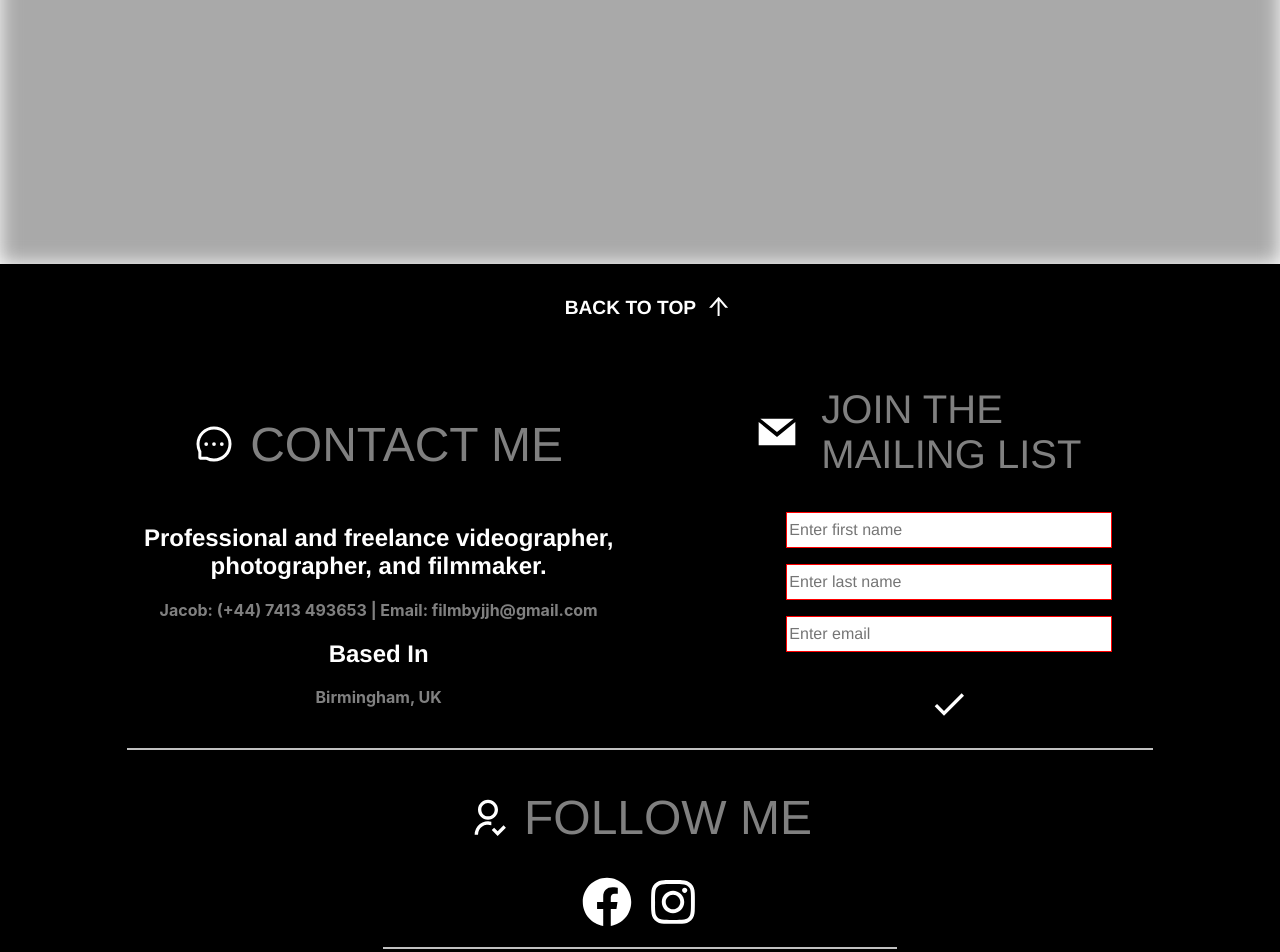
Repository: ThomasMTurner/filmbyjjh-portfolio
Page: /portfolio (app in client/)
An editor plug-in stored every save of this project. The page is shown before and after a run of saves, followed by the edit.
The browser window is 1280 px wide. The pictures show the part of the page from y = 936 to 1888 px (the page is 1994 px tall).
The project was rebuilt for these pictures with package versions that can differ from the ones it lists, and the page was loaded fresh each time. Also part of the build but not shown: client/vite.config.js, client/src/pages/Components/TagComponents.jsx, client/src/pages/Components/Post.jsx, client/src/pages/Components/SearchBar.jsx, client/src/pages/Updates.jsx, client/src/pages/Contact.jsx, client/src/pages/Home.jsx, client/src/pages/Videography.jsx and 1 more. Imported but missing from the stored project, and not drawn on this page: client/src/pages/Components/Videos/header.mp4, client/src/pages/Components/Videos/portfolio-reel.mp4.

Above is the page before, as saved 2023-10-20 14:45:35.

### client/public/index.html
<!DOCTYPE html>
<html lang="en">
  <head>
    <meta charset="utf-8" />
    <link rel="icon" href="%PUBLIC_URL%/favicon2.ico" />
    <meta name="viewport" content="width=device-width, initial-scale=1" />
    <meta name="theme-color" content="#000000" />
    <meta
      name="description"
      content="Web site created using create-react-app"
    />
    <link rel="apple-touch-icon" href="%PUBLIC_URL%/logo192.png" />
    <!--
      manifest.json provides metadata used when your web app is installed on a
      user's mobile device or desktop. See https://developers.google.com/web/fundamentals/web-app-manifest/
    -->
    <link rel="manifest" href="%PUBLIC_URL%/manifest.json" />
    <!--
      Notice the use of %PUBLIC_URL% in the tags above.
      It will be replaced with the URL of the `public` folder during the build.
      Only files inside the `public` folder can be referenced from the HTML.

      Unlike "/favicon.ico" or "favicon.ico", "%PUBLIC_URL%/favicon.ico" will
      work correctly both with client-side routing and a non-root public URL.
      Learn how to configure a non-root public URL by running `npm run build`.
    -->
    <title>FILM.BY.JJH</title>
  </head>
  <body>
    <noscript>You need to enable JavaScript to run this app.</noscript>
    <div id="root"></div>
    <!--
      This HTML file is a template.
      If you open it directly in the browser, you will see an empty page.

      You can add webfonts, meta tags, or analytics to this file.
      The build step will place the bundled scripts into the <body> tag.

      To begin the development, run `npm start` or `yarn start`.
      To create a production bundle, use `npm run build` or `yarn build`.
    -->
  </body>
</html>

### client/src/index.jsx
import React from 'react';
import ReactDOM from 'react-dom/client';
import './index.css';
import App from './App';
import { UserRoleProvider } from './userRoleContext';


const root = ReactDOM.createRoot(document.getElementById('root'));
root.render(
  <React.StrictMode>
    <UserRoleProvider>
      <App />
    </UserRoleProvider>
  </React.StrictMode>
);

### client/src/App.jsx
import { useLocation, useNavigate, Route, Outlet, BrowserRouter as Router, Routes} from 'react-router-dom';
import { useEffect, useState, Suspense, useContext } from 'react';
import { CSSTransition } from 'react-transition-group';
import { ColorRing } from 'react-loader-spinner';
import React from 'react';
import NavBar from "./pages/Components/Navbar"
import Footer from "./pages/Components/Footer";
import Updates from './pages/Updates';
import Contact from './pages/Contact';
import Home from './pages/Home';
import { EventHighlights, PromotionalMaterial } from './pages/Videography';
import SubNav from './pages/Components/SubNav';
import Portfolio from './pages/Portfolio';
import { InitialLoginContainer } from './pages/Components/InitialLogin';
import { UserRoleContext } from './userRoleContext';
import { Blur } from 'react-blur';


//page to capture individual shoots or projects, want back button at top right with title

const VideoPage = () => {
  const navigate = useNavigate();
  const location = useLocation();

  useEffect(() => {
    if (location.pathname == '/video'){
      navigate('/video/event-highlights');
    }
  }, [navigate, location]);

  return (
    <div className='video-page-wrapper'>
      <div className='sideline-content'>
        <SubNav
          title="Videography Content"
          parentLink="video"
          links={{"Event highlights": "event-highlights", "Promotional material": "promotional-material", "Drone footage": "my-first-highlight-reel" }}
          subLinks={{'event highlights': {"Shoots": {"Atlas Gym": "/video/links/atlas-gym"}, "Individual projects":{}}}}
          className='subnav'
        />
        <p className='sideline-content-text'>Welcome to the videography page, you can view all of my highlighted video projects on the right by scrolling. You can also look into each project by clicking on the button inside the caption. </p>
      </div>

      <div className='page-content-wrapper'>
        <Routes>
          <Route path="/event-highlights" element={<EventHighlights />} />
          <Route path="/promotional-material" element={<PromotionalMaterial />} />
        </Routes>
      </div>
    </div>
  );
};




const PhotoPage = () => {
    const navigate = useNavigate();
    const location = useLocation();

    useEffect(() => {
      if (location.pathname == '/video'){
        navigate('/video/event-highlights');
      }
    }, [navigate, location]);

    return (
      <div className='photo-page-wrapper'>
        <SubNav
          title="Photography Content"
          parentLink="photo"
          links={{}}
        />
        <Routes>
          <Route path="/" element={<EventHighlights />} />
        </Routes>
      </div>
    );

}


const LoadingPage = () => {
  return (
    <div className='loading-page'>
      <ColorRing
        className='loading-spinner'
        visible={true}
        height="100"
        width="100"
        ariaLabel="blocks-loading"
        wrapperStyle={{}}
        wrapperClass="blocks-wrapper"
        colors={['#000000', '#808080', '#C0C0C0', '#808080', '#000000']}
    />

      <p>Loading, please wait...</p>
    </div>
  )
}


const Layout = () => {
  const [showFooter, setShowFooter] = useState(false);
  const { userRole } = useContext(UserRoleContext);
  const [showBlur, setShowBlur] = useState(true);

  const blurStyle = showBlur ? { filter: 'blur(10px)' } : {};

  useEffect(() => {
    const handleBlur = () => {
      if (userRole != null){
        setShowBlur(false);
    }
  };

    handleBlur();

  }, [userRole]);


  useEffect(() => {
    const handleScroll= () => {
      const content = document.getElementById('content');
      if (content) {
        const scrollOffset = content.offsetHeight - document.documentElement.clientHeight;
        setShowFooter(window.pageYOffset >= scrollOffset);

      }
    };

    window.addEventListener('scroll', handleScroll);

    return () => {
      window.removeEventListener('scroll', handleScroll);
    };
  }, []);


      return (
        <div className='layout-wrapper'>
          <CSSTransition
           in={!showFooter}
           timeout={300}
           classNames='nav-transition'
           unmountOnExit>
            <div style={blurStyle}>
              <NavBar id='nav' />
            </div>
          </CSSTransition>
          <div id="content">
            {userRole == null && <InitialLoginContainer/>}
            <div style={blurStyle}>
              <Outlet />

            </div>
          </div>
          <Footer/>
        </div>
      );
    };

/*
Notes for later:


*/


export default function App() {
  return (
    <div className="App">
      <Router>
        <Suspense fallback={<LoadingPage />} timeout={200}>
          <Routes>
            <Route path="/" element={<Layout />}>
              <Route index element={<Home />} />
              <Route path="/updates" element={<Updates />} />
              <Route path="/contact" element={<Contact />} />
              <Route path="/portfolio" element={<Portfolio/>} />
                <Route path="/portfolio/video/*" element={<VideoPage />} />
                <Route path="/portfolio/photo/*" element={<PhotoPage />} />
            </Route>
          </Routes>
        </Suspense>
      </Router>
    </div>
  );
}

### client/src/userRoleContext.jsx
import {useState, createContext} from 'react';

export const UserRoleContext = createContext();

export const UserRoleProvider = ({children}) => {
    const [userRole, setUserRole] = useState(null);
    return (
        <UserRoleContext.Provider value ={{userRole, setUserRole}}>
            {children}
        </UserRoleContext.Provider>
    );
};

### client/src/pages/Portfolio.jsx
import { useNavigate } from 'react-router-dom';
import { useState } from 'react';
import {BsBoxArrowUpRight, BsArrowRight} from 'react-icons/bs';

const PortfolioCard = (props) => {
    const navigate = useNavigate();
    const [hovering, setHovering] = useState(false);
    const lowerCaseTitle = props.title.toLowerCase();
    const isVideography = lowerCaseTitle === "videography";
    const isPhotography = lowerCaseTitle === "photography";

    return (
      <div
        onClick={() => navigate(`/portfolio/${lowerCaseTitle.slice(0, 5)}`)}
        onMouseEnter={() => setHovering(true)}
        onMouseLeave={() => setHovering(false)}
        className={`portfolio-card portfolio-card-${lowerCaseTitle}`}
      >
        <p
          style={{
            fontFamily: 'helvetica',
            fontWeight: '200',
            fontSize: '2.5rem',
            color: isVideography ? 'white' : isPhotography ? 'black' : '',
          }}
        >
          {props.title}
        </p>
        <button
          className={`portfolio-card-button ${hovering ? 'portfolio-card-button-hover' : ''}`}
          type="button"
          onClick={() => navigate(`/portfolio/${lowerCaseTitle.slice(0, 5)}`)}
        >
          View more <BsBoxArrowUpRight color={'blue'} size={15} />
        </button>
        <p
          style={{
            fontFamily: 'helvetica',
            fontWeight: '200',
            fontSize: '1rem',
            color: isVideography ? 'white' : isPhotography ? 'black' : '',
          }}
        >
          {props.desc}
        </p>
      </div>
    );
  };
export default function Portfolio() {
    return(
        <div style={{display:'flex', flexDirection:'column', justifyContent:'center', alignItems:'center', width:'100%', gap:'5rem', minHeight:'75rem', position:'relative', backgroundColor:'darkgray'}}>
            <div style={{display:'flex', flexDirection:'row', justifyContent:'center', alignItems:'center', width:'100%', gap:'5rem'}}>
                <PortfolioCard title="Photography" desc="Click here to see all of my latest photography shoots. I provide these services both professionally and freelance, presenting new products, venues and concepts to their respective " />
                <PortfolioCard title="Videography" desc="Click here to get all of my latest shoots with companies across numerous industries including healthcare and construction" />
            </div>
        </div>
    )
}

### client/src/pages/Components/InitialLogin.jsx
import React, { useState, useContext } from 'react';
import {motion} from 'framer-motion';
import {RiArrowGoBackLine} from 'react-icons/ri';
import {MdCheck} from 'react-icons/md';
import { SpinnerCircular } from 'spinners-react';
import { UserRoleContext } from '../../userRoleContext';
import axios from 'axios';



//this component will have a single input field to validate authentication token
// want to link up to individual authenticator application possibly.
export function AdminForm (props) {
    const [buttonColours, setButtonColours] = useState({'tick': 'silver', 'back': 'silver'});
    const [authInput, setAuthInput] = useState({'error': false, 'value': ''});
    const [tempToken, setTempToken] = useState(null);
    const [isSubmitting, setIsSubmitting] = useState({'getToken': false, 'checkToken': false});


    const getAuthToken = () => {
      setIsSubmitting({'getToken': true, 'checkToken': false});
      axios.get('http://localhost:7102/get-token')
          .then((response) => {
            console.log(response);
            setAuthInput({'error': false, 'value': ''});
            setTempToken(response.data.token);
            setIsSubmitting({'getToken': false, 'checkToken': false});
          })
          .catch((error) => {
            console.error(error);
          });

    };

    const handleAdminFormChange = (event) => {
      event.preventDefault();
      const { value } = event.target;
      if (value.length <= 16){
        setAuthInput(prevState => {
          return {
            ...prevState,
            value: value
          }
        });
      }
      else {
        setAuthInput(prevState => {
          return {
            ...prevState,
            error: true
          }
        })

      }
    }

    //below function will do a POST request to a validate endpoint, sending
    // the input body and check against the generated token.
    const handleSubmit = () => {
        setIsSubmitting({'getToken': true, 'checkToken': false});
        axios.post('http://localhost:7102/validate', {
            test: authInput.value,
            token: tempToken
        })
          .then((response) => {
            setIsSubmitting({'getToken': false, 'checkToken': false});
            if (response.data.valid == true){
              props.setUserRole("editor");
            }
            else {
              setAuthInput(prevState => ({ ...prevState, error: "Invalid authorisation token, please try again." }));
            }
          })
          .catch((error) => {
            console.error(error);
          })

    }



    return (
      <div className='admin-login-container'>
      <div style={{display:'flex', flexDirection:'row', alignItems:'center'}}>
        <button style={{all:'unset', position:'relative', right:'1rem'}} onMouseEnter={() => setButtonColours(prevState => ({ ...prevState, back: 'black' }))} onMouseLeave={() => setButtonColours(prevState => ({ ...prevState, back: 'silver' }))} onClick={() => props.setAdminLogin(false)}>
          <RiArrowGoBackLine color={buttonColours.back} size={30}/>
        </button>
        <h1 className='admin-login-header'> Hello, Jacob. </h1>
      </div>
      <p className='admin-login-sub-header'> Enter your authentication key below </p>
      <form onChange={(event) => handleAdminFormChange(event)} className='admin-login-form'>
        <label className='smaller-text-form'>
          <input type="text" />
        </label>
        {isSubmitting.checkToken && <SpinnerCircular color='green' size={40} thickness={150} style={{display:'block', padding:'1rem'}}/>}
        {!isSubmitting.checkToken && <MdCheck className='admin-login-button' color={buttonColours.tick} size={40} onClick={() => handleSubmit()} onMouseEnter={() => setButtonColours(prevState => ({ ...prevState, tick: 'green' }))} onMouseLeave={() => setButtonColours(prevState => ({ ...prevState, tick: 'silver' }))}/>}
        <p style={{color:'red', fontWeight:'200'}}>{authInput.error}</p>
        <div style={{display:'flex', flexDirection:'column', justifyContent:'center', alignItems:'center', gap:'1.5rem'}}>
          <button type="button" onClick={() => getAuthToken()} className='request-token-button'>Request new token</button>
          {isSubmitting.getToken && <SpinnerCircular color='white' size={30} thickness={150}/>}
        </div>
      </form>
    </div>
    )

}


export const InitialLoginContainer = ((props) => {
    const [adminLogin, setAdminLogin] = useState(false);
    const {setUserRole} = useContext(UserRoleContext);


    const handleUserLogin = () => {
      setUserRole("base");
    }

    if (adminLogin) {
      return (
        <div className='initial-login-container'>
          <AdminForm setAdminLogin={setAdminLogin} setUserRole={setUserRole}/>
        </div>
      )
    }
    else{
    return (
        <motion.div initial={{ opacity: 0, x: -20 }} animate={{ opacity: 1, x: 0}} transition={{ duration: 1.2 }} viewport={{ once: true }}>
          <div className='initial-login-container' id='initial-login-container'>
              <div style={{ display: 'flex', flexDirection: 'column', alignItems: 'center', justifyContent: 'center', gap: '1rem', position: 'relative', bottom: '3rem' }}>
                <p style={{ fontSize: '2.5rem', fontFamily: 'helvetica', fontWeight: '300', color: 'black', position:'relative', bottom:'2rem' }}> Welcome to <span style={{ color:'silver' }}>FILM.BY.JJH</span>. </p>
                <div style={{ display: 'flex', flexDirection: 'column', gap: '1.5rem' }}>
                  <button className='initial-login-link' onClick={() => setAdminLogin(true)}>
                    Hello, I am the editor
                  </button>
                  <button className='initial-login-link' onClick={() => handleUserLogin()}>
                    Hi, I am just browsing
                  </button>
                </div>
              </div>
          </div>

        </motion.div>
      )
      }

  });

### client/src/pages/Components/ScrollButton.jsx
import './main_styles.css';
import { useState } from 'react';
import {AiOutlineArrowUp} from 'react-icons/ai';

export default function ScrollButton () {
    const [iconActive, setIconActive] = useState(false);
    const handlePress = () => {
        window.scrollTo({top:0, left:0, behavior:"smooth"});
    }

    const handleIconState = () => {
        setIconActive(!iconActive);
    }

    const handleIconColour = () => {
        if (iconActive) {
            return 'gray';
        }
        else {
            return 'white';
        }
    }


    return (
        <div className='scroll-button-wrapper' onMouseEnter={handleIconState} onMouseLeave={handleIconState}>
            <button onClick={handlePress} className='scroll-button'>BACK TO TOP
            <AiOutlineArrowUp width='200' height='200' color={handleIconColour()} className='scroll-icon'/>
            </button>

        </div>
    );
}

Loaded but not shown: client/src/index.css (common file); client/src/pages/Components/main_styles.css (2575 lines, source omitted); client/src/pages/Components/Footer.jsx (238 lines, source omitted); client/src/pages/Components/Navbar.jsx (217 lines, source omitted)

After the next 5 saves:
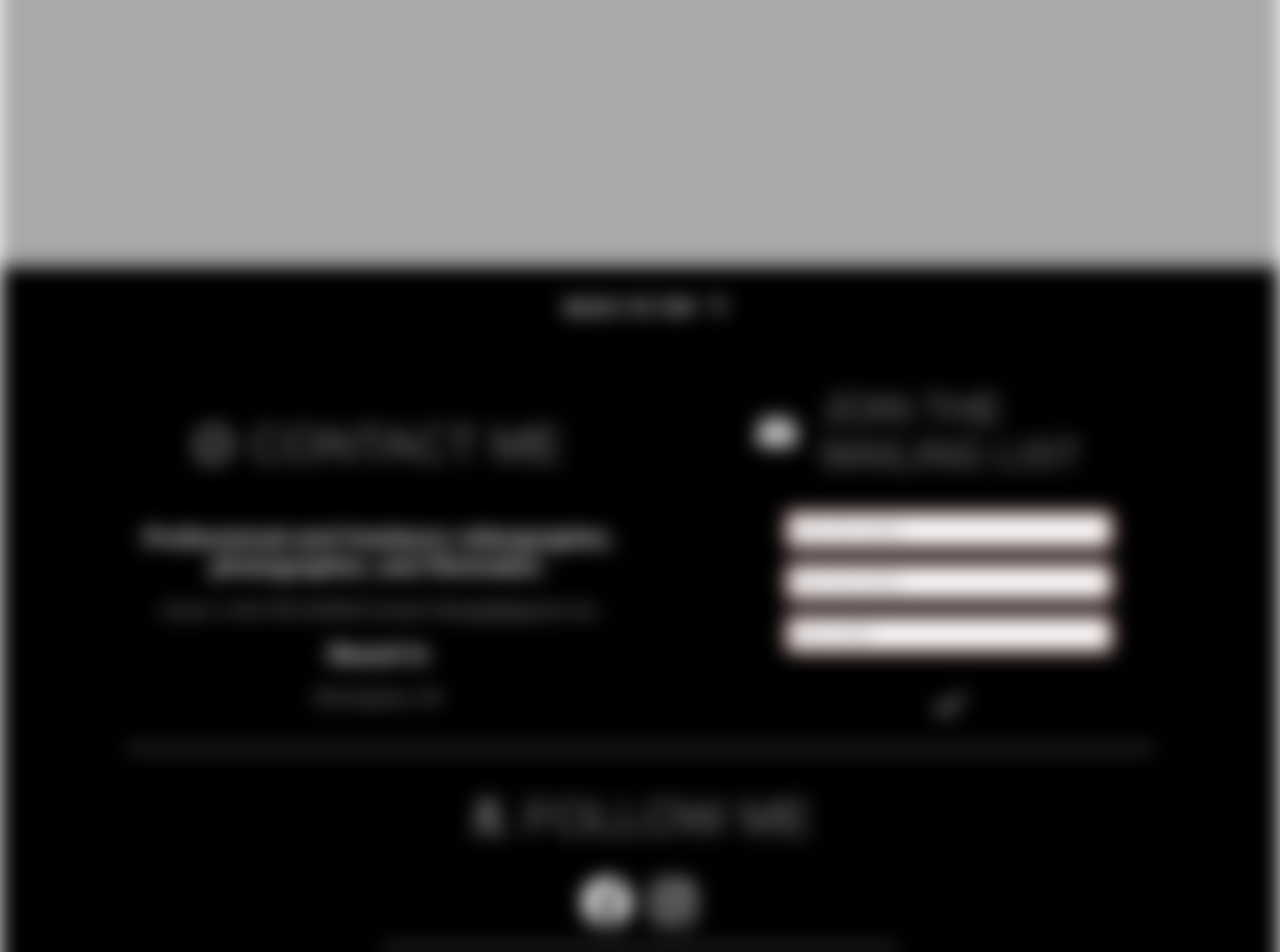
The 5 saves are shown as one change because they came seconds apart.
The last was saved 18 s later.
--- a/client/src/App.jsx
+++ b/client/src/App.jsx
@@ -155,7 +155,9 @@ const Layout = () => {
 
             </div>
           </div>
-          <Footer/>
+          <div style={blurStyle}>
+            <Footer/>
+          </div>
         </div>
       );
     };
